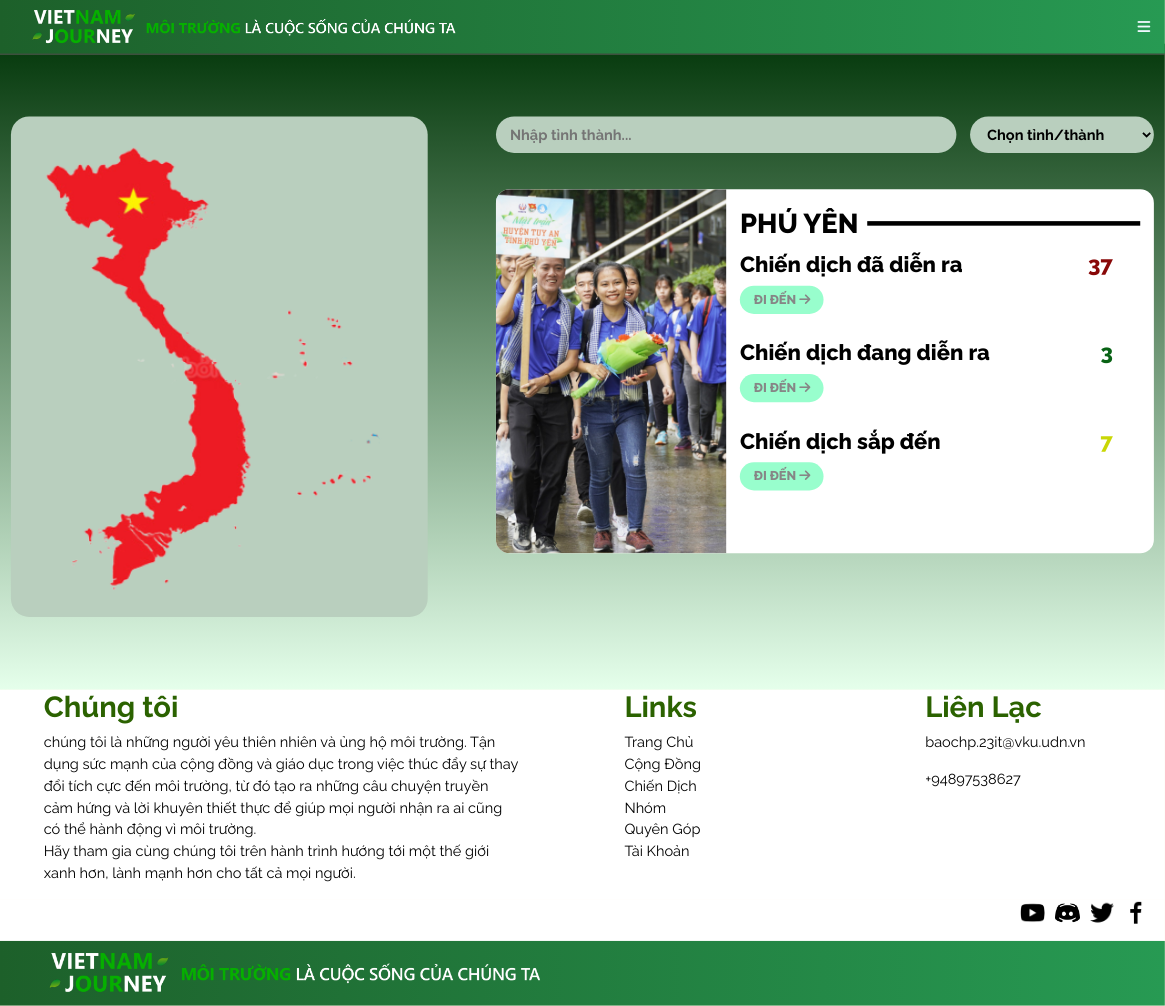
Repository: Boima12/Boima12.github.io_VietnamJourney
Page: HTML/ChienDich/ChienDich.html
These files come from the project's save history. The page is drawn as it stood at one moment and after the next save; the edit follows.
The browser window is 1280 px wide. The pictures show the whole page, at 91% of full size.

Above is the page before, as saved 2024-05-25 08:33:21.

### HTML/ChienDich/ChienDich.html
<!DOCTYPE html>
<HTML lang="en">

<HEAD>
    <TITLE>Chiến Dịch</TITLE>
    <meta charset="UTF-8">
    <meta name="viewport" content="width=device-width, initial-scale=1.0">

    <!-- Favicon -->
    <link rel="icon" type="image/x-icon" href="../../Images/yo.ico">

    <!--Bootstrap 5-->
    <link href="https://cdn.jsdelivr.net/npm/bootstrap@5.3.3/dist/css/bootstrap.min.css" rel="stylesheet">
    <script src="https://cdn.jsdelivr.net/npm/bootstrap@5.3.3/dist/js/bootstrap.bundle.min.js"></script>
    <!-- <link rel="stylesheet" href="https://cdn.jsdelivr.net/npm/bootstrap@4.6.2/dist/css/bootstrap.min.css" integrity="sha384-xOolHFLEh07PJGoPkLv1IbcEPTNtaed2xpHsD9ESMhqIYd0nLMwNLD69Npy4HI+N" crossorigin="anonymous"> -->
    <!-- Font Awesome -->
    <link rel="stylesheet" href="https://cdnjs.cloudflare.com/ajax/libs/font-awesome/6.5.1/css/all.min.css">

    <!-- CSS -->
    <link rel="stylesheet" href="ChienDich.css">
</HEAD>



<BODY style="background-color: #FFF4E6;">

    <!-- header là Navigation bar -->
    <header id="header1">
        <div class="logo">
            <img class="logo1" src="../../Images/header1.png" onclick="navToIntro()" style="height: 40px;">
            <img class="logo2" src="../../Images/header2.png" onclick="navToIntro()">
        </div>

        <div class="links">
            <nav>
                <a href="../TrangChu/TrangChu.html">TRANG CHỦ</a>
                <a href="../CongDong/CongDong.html">CỘNG ĐỒNG</a>
                <a href="../ChienDich/ChienDich.html">CHIẾN DỊCH</a>
                <a href="../Nhom/Nhom.html">NHÓM</a>
                <a href="../QuyenGop/QuyenGop.html">QUYÊN GÓP</a>
                <a href="../TaiKhoan/TaiKhoan.html">TÀI KHOẢN</a>
            </nav>
        </div>

        <div class="bar" onclick="MenuBar()">
            <i class="fa-solid fa-bars"></i>
        </div>

        <div id="overlay"></div>

        <div id="sidebar">
            <div class="sidebar-content">

                <div style="color: aliceblue;text-align: right;margin-top:0;" onclick="CloseBar()"><i
                        class="fa-solid fa-bars"></i></div>

                <!-- <p>VỀ CHÚNG TÔI <i class="fa-regular fa-address-card"></i></p> -->
                <a href="../TrangChu/TrangChu.html">TRANG CHỦ <i class="fa-solid fa-house"></i></a>
                <a href="../CongDong/CongDong.html">CỘNG ĐỒNG <i class="fa-solid fa-earth-americas"></i></a>
                <a href="../ChienDich/ChienDich.html">CHIẾN DỊCH <i class="fa-solid fa-fire"></i></a>
                <a href="../Nhom/Nhom.html">NHÓM <i class="fa-solid fa-people-group"></i></a>
                <a href="../QuyenGop/QuyenGop.html">QUYÊN GÓP <i class="fa-solid fa-hand-holding-dollar"></i></a>
                <a href="../TaiKhoan/TaiKhoan.html">TÀI KHOẢN <i class="fa-solid fa-user"></i></a>
            </div>

        </div>

    </header>
    <div style="height: 3rem;"></div> <!-- Cách một khoảng cho navigation bar -->















<!-- LÀM Ở ĐÂY -->
    <div class="section-one">
        <div class="container">
            <div class="row">
                <div class="col-xl-5  col-lg-5 col-md-12 col-sm-12 col-12">
                    <div class="map">
                        <img src="./images/bando.png" alt="bản đồ việt nam">
                    </div>
                </div>
                <div class="col-xl-7 col-lg-7 col-md-12 col-sm-12 col-12">
                    <div class="right">
                        <div class="search">
                            <input type="search" class="inner-search" placeholder="Nhập tỉnh thành...">
                            <select id="province" name="province" required>
                                <option value="" selected disabled>Chọn tỉnh/thành</option>
                            </select>
                        </div>
                        <div class="content">
                            <img src="./images/anh1.jpg" alt="">
                            <div class="inner-content">
                                <div class="inner-title">
                                    <div class="inner-text">PHÚ YÊN</div>
                                    <div class="inner-line"></div>
                                </div>
                                <div class="part">
                                    <div class="inner-content">
                                        <div class="inner-title">Chiến dịch đã diễn ra</div>
                                        <div class="inner-button">ĐI ĐẾN <i class="fa-solid fa-arrow-right"></i></div>
                                    </div>
                                    <div class="inner-count red">37</div>
                                </div>
                                <div class="part">
                                    <div class="inner-content">
                                        <div class="inner-title">Chiến dịch đang diễn ra</div>
                                        <div class="inner-button">ĐI ĐẾN <i class="fa-solid fa-arrow-right"></i></div>
                                    </div>
                                    <div class="inner-count green">3</div>
                                </div>
                                <div class="part">
                                    <div class="inner-content">
                                        <div class="inner-title">Chiến dịch sắp đến</div>
                                        <div class="inner-button">ĐI ĐẾN <i class="fa-solid fa-arrow-right"></i></div>
                                    </div>
                                    <div class="inner-count yellow">7</div>
                                </div>
                            </div>
                        </div>
                    </div>
                </div>
            </div>
        </div>
    </div>















    <footer>
        <div class="up">
            <div id="about">
                <h2>Chúng tôi</h2>
                <p>chúng tôi là những người yêu thiên nhiên và ủng hộ môi trường. Tận dụng sức mạnh của cộng đồng và giáo dục trong việc thúc đẩy sự thay đổi tích cực đến môi trường, từ đó tạo ra những câu chuyện truyền cảm hứng và lời khuyên thiết thực để giúp mọi người nhận ra ai cũng có thể hành động vì môi trường.<br>
                    Hãy tham gia cùng chúng tôi trên hành trình hướng tới một thế giới xanh hơn, lành mạnh hơn cho tất cả mọi người.
                </p>
            </div>

            <div id="quickLinks">
                <h2>Links</h2>
                <a href="../../HTML/TrangChu/TrangChu.html">Trang Chủ</a>
                <a href="../../HTML/CongDong/CongDong.html">Cộng Đồng</a>
                <a href="../../HTML/ChienDich/ChienDich.html">Chiến Dịch</a>
                <a href="../../HTML/Nhom/Nhom.html">Nhóm</a>
                <a href="../../HTML/QuyenGop/QuyenGop.html">Quyên Góp</a>
                <a href="../../HTML/TaiKhoan/TaiKhoan.html">Tài Khoản</a>
            </div>

            <div id="contacts">
                <h2>Liên Lạc</h2>
                <p>baochp.23it@vku.udn.vn</p>
                <p>+94897538627</p>
            </div>
        </div>


        <div class="mid">
            <a href="https://www.youtube.com/channel/UC1cpkfqLNp6I1HgNy2MUhUg"><img src="../../Images/youtube_icon.png"></a>
            <a href="https://discord.com/invite/45fkbZcj"><img src="../../Images/discord_icon.png"></a>
            <a href="https://x.com/dog_rates"><img src="../../Images/twitter_icon.png"></a>
            <a href="https://web.facebook.com/vku.udn.vn/?_rdc=1&_rdr"><img src="../../Images/facebook_icon.png"></a>
        </div>


        <div class="bot">
            <img class="logo1" src="../../Images/header1.png">
            <img class="logo2" src="../../Images/header2.png">
        </div>
    </footer>


    <!-- JavaScript -->
    <script src="../../Script/ChienDich.js"></script>
    <noscript>Your Browser doesn't support JavaScript</noscript>

</BODY>

</HTML>

### HTML/ChienDich/ChienDich.css
/* IMPORTING */
@font-face {
    font-family: Raleway;
    src: url("../../Fonts/Raleway-VariableFont_wght.ttf");
}

/* END IMPORTING */

/*BASE*/
* {
    box-sizing: border-box;
}

:root {
    --color-bg: #05390C;
    --color-green: #00FF0A;
    --color-text: #000000;
    --color-desc: #868686;
  }

body {
    color: var(--color-text);
}

.container {
    max-width: 100%;
    padding-left: ;
}

/*BASE*/

/* Loại bỏ margin - padding global */
* {
    margin: 0px;
    padding: 0px;
}


/* global font */
* {
    font-family: Raleway;
}



/* NAVIGATION BAR */
header {
    display: flex;
    align-items: center;
    justify-content: space-between;
    position: fixed;
    width: 100%;
    height: 60px;
    border-bottom: 1.5px solid rgb(97, 94, 94);
    background: linear-gradient(to right, rgb(29, 96, 42), rgb(39, 154, 83));
    z-index: 999;
}


header div.logo img {
    width: auto;
    height: 2.9rem;
    /* margin-left: 3rem; */
}

header div.logo img.logo1 {
    display: block;
    padding-left: 10px;
    margin: 20px;
}

header div.logo img.logo2 {
    display: none;
}


header div.links nav {
    display: flex;
    justify-content: space-around;
    width: 100%;
}


header div.links nav a {
    margin: 0;
    padding: 0 1rem;

    cursor: pointer;

    text-decoration: none;
    color: white;
    font-size: 16px;
    font-weight: 600;
}


header div.links nav a:hover {
    color: #b8e994;
}


header div.bar {
    display: none;
    margin-right: 1rem;

    color: aliceblue;
    text-align: right;
}


header #overlay {
    display: none;
    position: fixed;

    top: 0;
    left: 0;
    width: 100%;
    height: 100%;

    background-color: rgba(0, 0, 0, 0.8);

    z-index: 9999;
}


header #sidebar {
    display: flex;
    justify-content: flex-end;
    float: right;

    position: fixed;

    top: 0;
    right: -20%;
    width: 20%;
    height: 100%;
    border: none;
    overflow: hidden;

    background: linear-gradient(to top, rgb(37, 79, 46), rgb(53, 189, 105));

    transition: right 0.3s ease-in-out;
    z-index: 10000;

}


header #sidebar.open {
    right: 0;
}


header #sidebar div.sidebar-content {
    display: flex;
    flex-direction: column;
    overflow-y: auto;
    overflow-x: hidden;
    padding: 1.5rem;
    width: 100%;
}


header #sidebar div.sidebar-content a {
    text-align: right;
    text-decoration: none;
    font-size: 1.2rem;

    color: aliceblue;
    margin-top: 1.5rem;

    margin-right: 0;
}


header #sidebar div.sidebar-content a:hover {
    color: #b8e994;
}


header #sidebar div.sidebar-content i {
    font-size: smaller;
}

/* END NAVIGATION BAR */

/* SECTION-ONE */
.section-one {
    background-image: linear-gradient(to bottom, #05390C, #E5FFEB);
    padding-top: 80px;
    padding-bottom: 80px;
}

.map {
    width: 90%;
    position: relative;
    border-radius: 20px;
    max-width: 100%;
    overflow: hidden;
    height: 550px;
    object-fit: cover;
    background-color: #b9cfbe ;
}

.map img {
    width: 100%;
    height: 100%;
}

.right {
    height: 500px;
}

.right .search {
    height: 40px;
    margin-bottom: 40px;
    display: flex;
    justify-content: space-between;
}

.right .search .inner-search {
    background-color: #B9CFBE;
    height: 100%;
    width: 70%;
    border-radius: 40px;
    border: none;
    padding: 5px 15px 5px 15px;
    font-size: 16px;
    font-weight: 700;
}

.right .search #province {
    background-color: #B9CFBE;
    height: 100%;
    width: 28%;
    border-radius: 40px;
    border: none;
    padding: 5px 15px 5px 15px;
    font-size: 16px;
    font-weight: 700;
}

.right .content {
    display: flex;
    border-radius: 15px;
    overflow: hidden;
    height: 400px;
    background-color: white;
}

.right .content img {
    width: 35%;
    height: auto;
    object-fit: cover;
}

.right .content .inner-content {
    width: 65%;
    padding: 15px;
}

.right .content .inner-content .inner-title {
    width: 100%;
    font-size: 30px;
    font-weight: 800;
    display: flex;
    align-items: center;
    margin-bottom: 5px;
}

.right .content .inner-content .inner-title .inner-text {
    display: inline-block;
}

.right .content .inner-content .inner-title .inner-line {
    flex-grow: 1;
    position: relative;
    height: 5px;
    background-color: #000000;
    line-height: 100%;
    margin-left: 10px;
}

.right .content .inner-content .part {
    width: 100%;
    display: flex;
    justify-content: space-between;
    margin-bottom: 25px;
}

.right .content .inner-content .part .inner-content {
    padding: 0;
}

.right .content .inner-content .part .inner-content .inner-title{
    font-size: 24px;
}

.right .content .inner-content .part .inner-content .inner-button {
    font-size: 14px;
    font-weight: 800;
    color: var(--color-desc);
    background-color: #98FECD;
    display: inline-block;
    padding: 5px 15px 5px 15px;
    border-radius: 20px;
}

.right .content .inner-content .part .inner-count {
    font-size: 24px;
    font-weight: 800;
    text-align: center;
    margin-right: 30px;
}

.right .content .inner-content .part .red {
    color: #880707;
}

.right .content .inner-content .part .green {
    color: #086214;
}

.right .content .inner-content .part .yellow {
    color: #c9d705;
}

/* END SECTION-ONE */











































/* Code CSS ở đây */






































/* FOOTER */
footer div.up {
    display: flex;
    justify-content: space-around;
    gap: 1.2rem;
    width: 100%;

    background-color: white;

}


footer div.up h2 {
    font-weight: bold;
    color: #2B6200;
}


footer div.up #about {
    display: flex;
    flex-direction: column;
    justify-content: flex-start;

    width: 50%;
    padding-left: 3rem;
    padding-right: 3rem;
}


footer div.up #quickLinks {
    display: flex;
    flex-direction: column;
    justify-content: flex-start;

    width: 25%;
    padding-left: 3rem;
    padding-right: 3rem;
}


footer div.up #quickLinks a {
    text-decoration: none;
    color: black;
}


footer div.up #contacts {
    display: flex;
    flex-direction: column;
    justify-content: flex-start;

    width: 25%;
    padding-left: 3rem;
    padding-right: 3rem;
}


footer div.mid {
    display: flex;
    justify-content: flex-end;
    gap: 0.5rem;

    width: 100%;
    padding-right: 1rem;
    padding-bottom: 1rem;
    background-color: white;
}


footer div.mid a img {
    width: 30px;
    height: 30px;
}


footer div.bot {
    display: flex;
    justify-content: flex-start;

    padding-left: 3rem;
    padding-top: 0.75rem;
    padding-bottom: 0.75rem;
    width: 100%;

    background: linear-gradient(to right, rgb(29, 96, 42), rgb(39, 154, 83));
}


footer div.bot img {
    width: auto;
    height: 2.9rem;
}


footer div.bot img.logo1 {
    display: block;
}


footer div.bot img.logo2 {
    display: none;
}


/* END FOOTER */













/* RESPONSIVE DESIGN */
@media (max-width: 1380px) {
    header div.links nav a {
        display: none;
    }

    header div.bar  {
        display: block;
    }

    header #sidebar {
        right: -30%;
        width: 30%;
    }
}


@media (max-width: 950px) {
    footer div.up {
        flex-direction: column;
    }

    footer div.up #about {
        width: 100%;
    }

    footer div.up #quickLinks {
        width: 100%;
    }

    footer div.up #contacts {
        width: 100%;
    }
}


@media (max-width: 630px) {
    header {
        height: 3.5rem;
    }

    header div.logo img.logo1 {
        display: none;
    }

    header div.logo img.logo2 {
        display: block;
    }

    header div.logo img {
        width: auto;
        height: 3.5rem;
        margin-left: 14rem;
    }

    header #sidebar {
        right: -50%;
        width: 50%;
    }

    footer div.bot {
        justify-content: center;
        padding-left: 0rem;
    }

    footer div.bot img {
        height: 3.5rem;
    }

    footer div.bot img.logo1 {
        display: none;
    }

    footer div.bot img.logo2 {
        display: block;
    }
}


@media (max-width: 560px) {
    header div.logo img {
        margin-left: 8rem;
    }

    header #sidebar {
        right: -60%;
        width: 60%;
    }
}


@media (max-width: 320px) {
    header div.logo img {
        margin-left: 5rem;
    }
}

/* END RESPONSIVE DESIGN */

### Script/ChienDich.js
// header menu bar
const overlay = document.getElementById('overlay');
const sidebar = document.getElementById('sidebar');

function MenuBar() {
    overlay.style.display = 'block';
    sidebar.classList.add('open');
}

function CloseBar() {
    overlay.style.display = 'none';
    sidebar.classList.remove('open');
}


// back to intro when click the logo
function navToIntro() {
    window.location.href = '../../index.html';
}


// navigation bar background transparency
// const header = document.getElementById('header1');
// function toggle_header() {
//     if (window.screenY == 0) {
//         header.style.background = 'linear-gradient(to right, rgba(29, 96, 42, 0), rgba(39, 154, 83, 0))';
//     } else if (window.screenY < 210) {
//         header.style.background = 'linear-gradient(to right, rgba(29, 96, 42, ' + parseInt(window.scrollY)*2 / 300 + '), rgba(39, 154, 83, ' + parseInt(window.scrollY)*2 / 300 + '))';
//     } else {
//         header.style.background = 'linear-gradient(to right, rgba(29, 96, 42, 0.7), rgba(39, 154, 83, 0.7))';
//     }
// }

// window.addEventListener('scroll', toggle_header);


const provinces = [
    "An Giang", "Bà Rịa - Vũng Tàu", "Bắc Giang", "Bắc Kạn", "Bạc Liêu",
    "Bắc Ninh", "Bến Tre", "Bình Định", "Bình Dương", "Bình Phước",
    "Bình Thuận", "Cà Mau", "Cần Thơ", "Cao Bằng", "Đà Nẵng",
    "Đắk Lắk", "Đắk Nông", "Điện Biên", "Đồng Nai", "Đồng Tháp",
    "Gia Lai", "Hà Giang", "Hà Nam", "Hà Nội", "Hà Tĩnh",
    "Hải Dương", "Hải Phòng", "Hậu Giang", "Hòa Bình", "Hưng Yên",
    "Khánh Hòa", "Kiên Giang", "Kon Tum", "Lai Châu", "Lâm Đồng",
    "Lạng Sơn", "Lào Cai", "Long An", "Nam Định", "Nghệ An",
    "Ninh Bình", "Ninh Thuận", "Phú Thọ", "Phú Yên", "Quảng Bình",
    "Quảng Nam", "Quảng Ngãi", "Quảng Ninh", "Quảng Trị", "Sóc Trăng",
    "Sơn La", "Tây Ninh", "Thái Bình", "Thái Nguyên", "Thanh Hóa",
    "Thừa Thiên Huế", "Tiền Giang", "TP Hồ Chí Minh", "Trà Vinh",
    "Tuyên Quang", "Vĩnh Long", "Vĩnh Phúc", "Yên Bái"
];

const select = document.getElementById('province');

provinces.forEach(province => {
    const option = document.createElement('option');
    option.value = province;
    option.textContent = province;
    select.appendChild(option);
});

After the next save:
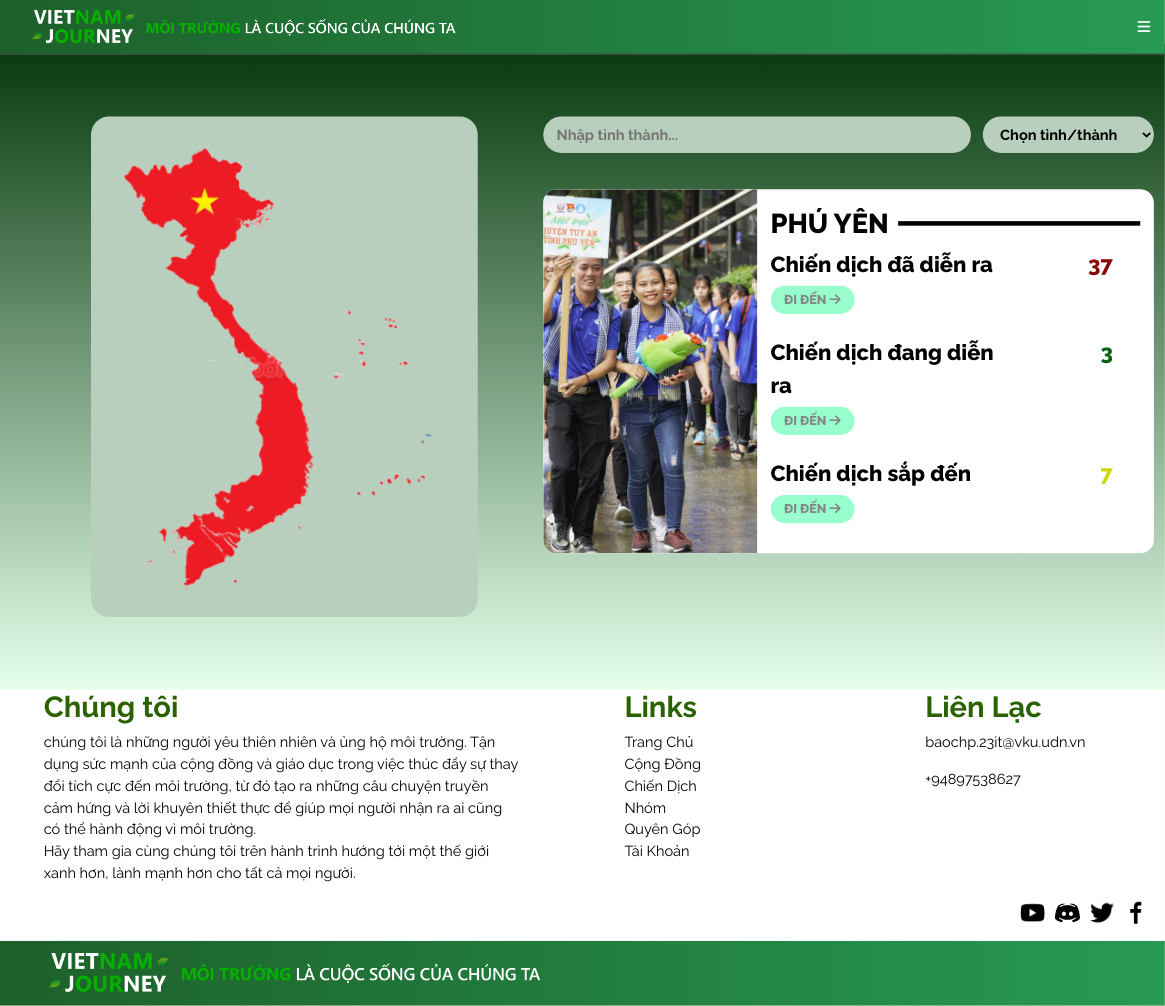
Saved 4 s later.
--- a/HTML/ChienDich/ChienDich.css
+++ b/HTML/ChienDich/ChienDich.css
@@ -24,7 +24,7 @@ body {
 
 .container {
     max-width: 100%;
-    padding-left: ;
+    padding-left: 100px;
 }
 
 /*BASE*/
